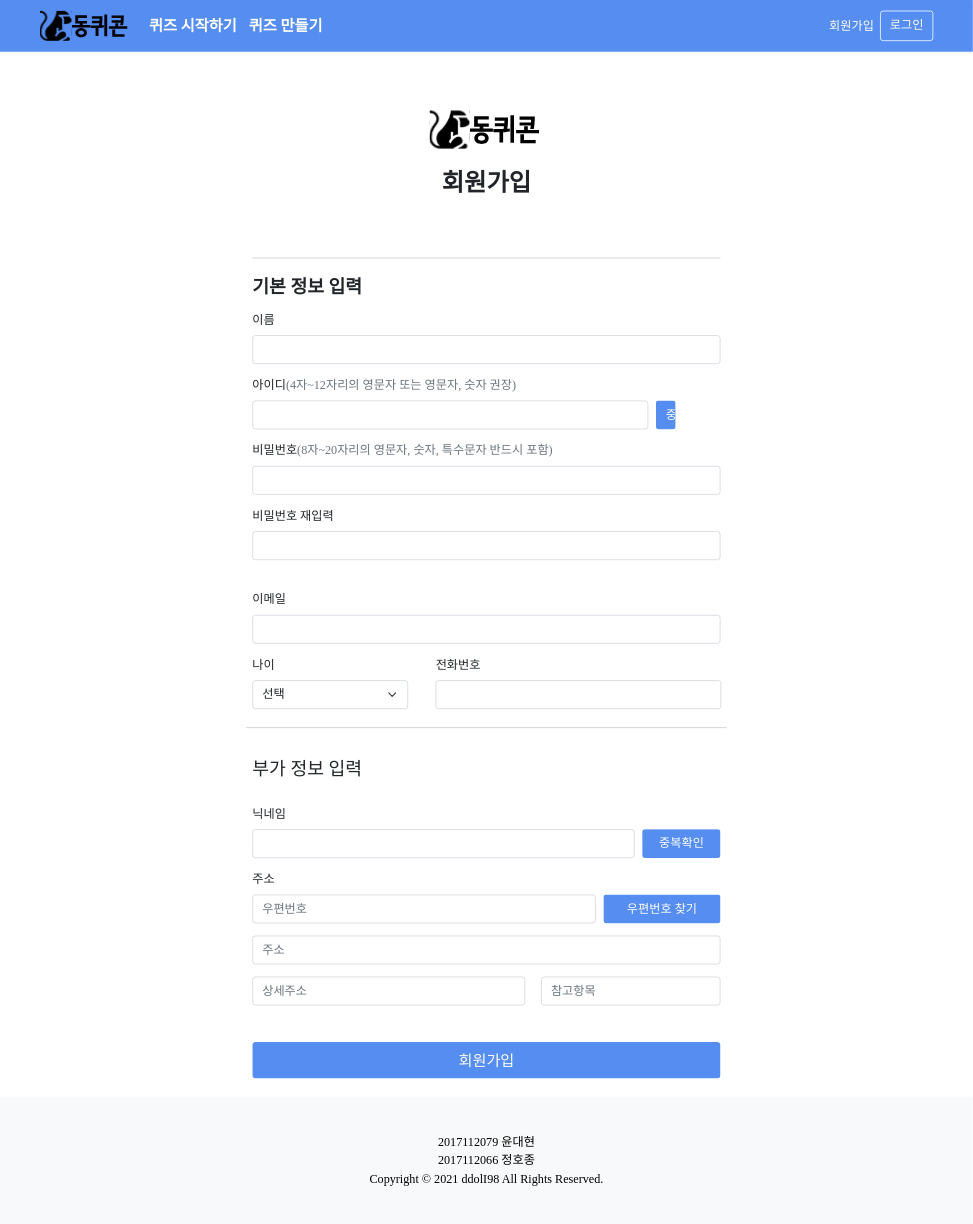
Repository: eogus0512/Quiz_WebProject
Page: http://localhost/Quiz_WebProject/signUp.jsp
The author's editor kept a copy of each file at every save. The page is drawn from the files as they stood at one save, then again after the next save.
The browser window is 1280 px wide. The pictures show the whole page, at 76% of full size.
Some web fonts or font styles are not loaded; a fallback is used. The page is served by Tomcat 9. Other server files are loaded and not shown.

Above is the page before, as saved 2021-10-27 12:55:43.

### Quiz_WebProject/WebContent/signUp.jsp
<%@ page language="java" contentType="text/html;charset=UTF-8" pageEncoding="UTF-8" %>
<!DOCTYPE html>
<html>
<head>
    <meta http-equiv="Content-Type" content="text/html"; charset="UTF-8">
    <meta name="viewport" content="width=device-width, initial-scale=1, shrink-to-fit=no">
    <title>맛동국</title>
    <link rel="stylesheet" href="./css/bootstrap.min.css">
    <link rel="stylesheet" href="./css/custom.css">
    <link rel="icon" href="./image/favicon.png">
    <script type="text/javascript">
        function openCheckID(){
            window.name = "parentForm";
            window.open("checkID.jsp",
                "chkForm", "width=500, height=300, resizable = no, scrollbars = no");
        }
        function openCheckNickName(){
            window.name = "parentForm";
            window.open("checkNickName.jsp",
                "chkForm", "width=500, height=300, resizable = no, scrollbars = no");
        }
        function checkPassword(){

            var password = document.getElementById('password').value;
            var NB = ["0", "1", "2", "3", "4", "5", "6", "7", "8", "9"]
            var SC = ["!","@","#","$","%"];
            var check_SC = 0, check_NB = 0;

            if(password.length < 8 || password.length>20){
                window.alert('비밀번호는 8글자 이상, 20글자 이하만 이용 가능합니다.');
                document.getElementById('pw').value='';
            }
            for(var i=0;i<SC.length;i++){
                if(password.indexOf(SC[i]) != -1){
                    check_SC = 1;
                }
            }
            for(var i=0;i<NB.length;i++){
                if(password.indexOf(NB[i]) != -1){
                    check_NB = 1;
                }
            }
            if(check_SC == 0){
                window.alert('!,@,#,$,% 의 특수문자가 반드시 포함되어야 합니다.')
                document.getElementById('password').value='';
            }
            if(check_NB == 0){
                window.alert('숫자가 반드시 포함되어야 합니다.')
                document.getElementById('password').value='';
            }
            if(document.getElementById('password').value !='' && document.getElementById('passwordVerify').value!=''){
                if(document.getElementById('password').value==document.getElementById('passwordVerify').value){
                    document.getElementById('check').innerHTML='비밀번호가 일치합니다.'
                    document.getElementById('check').style.color='blue';
                }
                else{
                    document.getElementById('check').innerHTML='비밀번호가 일치하지 않습니다.';
                    document.getElementById('check').style.color='red';
                }
            }
        }
        function checkValue() {
            if(document.userInfo.password.value != document.userInfo.passwordVerify.value) {
                alert("비밀번호가 일치하지 않습니다.");
                return false;
            }
            else return true;
        }
    </script>
</head>
<body>
<nav class="navbar navbar-expand-lg navbar-light fixed-top shadow-sm" style="background-color: #558DF0;">
    <div class="container-xxl d-flex align-items-md-center" style="width:1200px">
        <a class="navbar-brand" href="index.jsp"><img src="./img/mainIcon.svg" class="rounded float-start" width="120"></a>
        <button class="navbar-toggler" type="button" data-bs-toggle="collapse" data-bs-target="#navbarSupportedContent" aria-controls="navbarSupportedContent" aria-expanded="false" aria-label="Toggle navigation">
            <span class="navbar-toggler-icon"></span>
        </button>
        <div class="collapse navbar-collapse" id="navbarSupportedContent">
            <ul class="navbar-nav me-auto">
                <li class="nav-item">
                    <a class="nav-link" href="#" style="font-size:15pt; color:white;"><b>퀴즈 시작하기</b></a>
                </li>
                <li class="nav-item">
                    <a class="nav-link" href="#" style="font-size:15pt; color:white;"><b>퀴즈 만들기</b></a>
                </li>
            </ul>
            <%
                String loginID = null;
                String userName = null;
                if(session.getAttribute("loginID") != null) {
                    loginID = (String) session.getAttribute("loginID");
                    userName = (String) session.getAttribute("userName");
                }
                if(loginID == null) {
            %>
            <ul class="navbar-nav">
                <a class="nav-link" aria-current="page" href="signUp.jsp" style="color:white">회원가입</a>
                <a class="btn btn-outline-primary" href="login.jsp" style="border-color: white; color: white">로그인</a>
            </ul>
            <%
            } else {
            %>
            <ul class="navbar-nav d-flex">
                <li class="nav-item dropdown">
                    <a class="nav-link dropdown-toggle" href="#" id="navbarDropdown" role="button" data-bs-toggle="dropdown" aria-expanded="false">
                        <%=userName %> 님
                    </a>
                    <ul class="dropdown-menu" aria-labelledby="navbarDropdown" style="background-color: #FAF1D6;">
                        <li><a class="dropdown-item" href="myPage.jsp">마이페이지</a></li>
                        <li><a class="dropdown-item" href="#">1:1 문의</a></li>
                        <li><hr class="dropdown-divider"></li>
                        <li><a class="dropdown-item" href="logout.jsp">로그아웃</a></li>
                    </ul>
                </li>
            </ul>
            <%
                }
            %>
        </div>
    </div>
</nav>
<br><br><br><br>
<div class="py-5 text-center">
    <img class="d-block mx-auto mb-4" src="./image/mainIcon.svg" alt="" width="150px">
    <h2><b>회원가입</b></h2>
</div>
<div class="container col-md-8 col-lg-6">
    <hr class="my-4">
    <h4 class="mb-3"><b>기본 정보 입력</b></h4>
    <form method="post" action="action/signUpAction.jsp" name="userInfo" onsubmit="return checkValue()">
        <div class="row g-3">
            <div class="col-12">
                <label for="userName" class="form-label">이름</label>
                <input type="text" class="form-control" name="userName" id="userName" placeholder="" value="" required>
            </div>
            <div class="col-12">
                <label for="loginID" class="form-label">아이디<span class="text-muted">(4자~12자리의 영문자 또는 영문자, 숫자 권장)</span></label>
                <div class="col-12 d-flex">
                    <input type="id" class="form-control" name="loginID" id="loginID" placeholder="" style="margin-right: 10px" required>
                    <b><input type="button" class="col-2 btn" onclick="openCheckID()" style="background-color: #558DF0; color:white" value="중복확인"></b>
                </div>
            </div>
            <div class="col-12">
                <label for="password" class="form-label">비밀번호<span class="text-muted">(8자~20자리의 영문자, 숫자, 특수문자 반드시 포함)</span></label>
                <input type="password" class="form-control" name="password" id="password" placeholder="" onchange="checkPassword()" required>
            </div>
            <div class="col-12">
                <label for="passwordVerify" class="form-label">비밀번호 재입력</label>
                <input type="password" class="form-control" name="passwordVerify" id="passwordVerify" placeholder="" onchange="checkPassword()" required>
                &nbsp;<span id="check"></span>
            </div>
            <div class="col-12">
                <label for="mailAddress" class="form-label">이메일</label>
                <input type="email" class="form-control" name="mailAddress" id="mailAddress" placeholder="" required>
            </div>
            <div class="col-12 d-flex">
                <div class="col-4">
                    <label for="userAge" class="form-label">나이</label>
                    <select class="form-select" name="userAge" id="userAge" required>
                        <option>선택</option>
                        <option>14</option>
                        <option>15</option>
                        <option>16</option>
                        <option>17</option>
                        <option>18</option>
                        <option>19</option>
                        <option>20</option>
                        <option>21</option>
                        <option>22</option>
                        <option>23</option>
                        <option>24</option>
                        <option>25</option>
                        <option>26</option>
                        <option>27</option>
                        <option>28</option>
                        <option>29</option>
                        <option>30</option>
                    </select>
                </div>
                <div class="col-7">
                    <label for="phoneNumber" class="form-label"style="margin-left:10%;">전화번호</label>
                    <input type="number" class="form-control" name="phoneNumber" id="phoneNumber" placeholder="" style="margin-left:10%; width:104.5%" required>
                </div>
            </div>
            <hr class="my-4">
            <h4 class="mb-3">부가 정보 입력</h4>
            <div class="col-12">
                <label for="nickName" class="form-label">닉네임</label>
                <div class="col-12 d-flex">
                    <input type="text" class="form-control" name="nickName" id="nickName" placeholder="" style="margin-right: 10px" required>
                    <button class="col-2 btn" style="background-color: #558DF0; color:white;" onclick="openCheckNickName()">중복확인</button>
                </div>
            </div>
            <div class="col-12">
                <label for="postCode" class="form-label">주소</label>
                <div class="col-12 d-flex">
                    <input type="text" class="form-control" name="postCode" id="postCode" placeholder="우편번호" style="margin-right: 10px" required>
                    <button class="col-3 btn" onclick="findPostalCode()" style="background-color: #558DF0; color:white">우편번호 찾기</button>
                </div>
            </div>
            <div class="col-12">
                <input type="text" class="form-control" name="address" id="address" placeholder="주소" required>
            </div>
            <div class="col-12 d-flex">
                <div class="col-7">
                    <input type="text" class="form-control" name="detailAddress" id="detailAddress" placeholder="상세주소" required>
                </div>
                <div class="col-4">
                    <input type="text" class="form-control" name="extraAddress" id="extraAddress" placeholder="참고항목" style="margin-left:10%; width:115%">
                </div>
            </div>
            <div id="wrap" style="display:none;border:5px solid #558DF0;width:500px;height:300px;position:relative;overflow-y:hidden">
                <button type="button" class="btn-close" id="btnFoldWrap" aria-label="Close" style="cursor:pointer;position:absolute;right:0px;top:-1px;z-index:1" onclick="foldPostcode()"></button>
            </div>
            <script src="//t1.daumcdn.net/mapjsapi/bundle/postcode/prod/postcode.v2.js"></script>
            <script>
                var element_wrap = document.getElementById('wrap');

                function foldPostcode() {
                    element_wrap.style.display = 'none';
                }

                function findPostalCode() {
                    var currentScroll = Math.max(document.body.scrollTop, document.documentElement.scrollTop);
                    new daum.Postcode({
                        oncomplete: function(data) {
                            var addr = '';
                            var extraAddr = '';

                            if (data.userSelectedType === 'R') {
                                addr = data.roadAddress;
                            } else {
                                addr = data.jibunAddress;
                            }

                            if(data.userSelectedType === 'R'){
                                if(data.bname !== '' && /[동|로|가]$/g.test(data.bname)){
                                    extraAddr += data.bname;
                                }
                                if(data.buildingName !== '' && data.apartment === 'Y'){
                                    extraAddr += (extraAddr !== '' ? ', ' + data.buildingName : data.buildingName);
                                }
                                if(extraAddr !== ''){
                                    extraAddr = ' (' + extraAddr + ')';
                                }
                                document.getElementById("extraAddress").value = extraAddr;

                            } else {
                                document.getElementById("extraAddress").value = '';
                            }

                            document.getElementById('postCode').value = data.zonecode;
                            document.getElementById("address").value = addr;
                            document.getElementById("detailAddress").focus();

                            element_wrap.style.display = 'none';
                            document.body.scrollTop = currentScroll;
                        },
                        onresize : function(size) {
                            element_wrap.style.height = size.height+'px';
                        },
                        width : '100%',
                        height : '110%'
                    }).embed(element_wrap);
                    element_wrap.style.display = 'block';
                }
            </script>
        </div><br><br>
        <button class="w-100 btn btn-lg btn" type="submit" style="background-color: #558DF0; color:white">회원가입</button>
    </form>
</div>


<footer class="bg-light mt-4 p-5 text-center" style="color: #000000;">
    2017112079 윤대현<br>2017112066 정호종<br>
    Copyright &copy; 2021 ddolI98 All Rights Reserved.
</footer>
<script src="./js/jquery.min.js"></script>
<script src="./js/popper.js"></script>
<script src="./js/bootstrap.min.js"></script>
</body>
</html>

### Quiz_WebProject/WebContent/css/custom.css
@import url(https://fonts.googleapis.com/earlyaccess/nanumgothic.css);
.navbar-brand, h1, h2, h3, h4 {
    font-family: 'Nanum Gothic';
}
h5 {
    font-family: 'Nanum Gothic';
    font-size: 18px;
}
body {
    font-family: 'Nanum Gothic';
}

### Quiz_WebProject/WebContent/img/mainIcon.svg
<svg width="566" height="200" viewBox="0 0 566 200" fill="none" xmlns="http://www.w3.org/2000/svg" xmlns:xlink="http://www.w3.org/1999/xlink">
<path d="M295.023 86.0469H267.883V94.625H315.273V110.656H201.508V94.625H249.742V86.0469H222.039V34.1562H294.883V50.3281H240.18V69.875H295.023V86.0469ZM276.18 142.719C276.18 139.062 274.492 136.016 271.117 133.578C267.742 131.141 263.57 129.922 258.602 129.922C253.539 129.922 249.32 131.141 245.945 133.578C242.664 136.016 241.023 139.062 241.023 142.719C241.023 146.375 242.664 149.422 245.945 151.859C249.32 154.297 253.539 155.516 258.602 155.516C263.57 155.516 267.742 154.297 271.117 151.859C274.492 149.422 276.18 146.375 276.18 142.719ZM294.32 142.719C294.32 146.656 293.43 150.406 291.648 153.969C289.867 157.625 287.336 160.812 284.055 163.531C280.773 166.062 276.93 168.031 272.523 169.438C268.117 170.938 263.477 171.688 258.602 171.688C253.633 171.688 248.945 170.938 244.539 169.438C240.133 168.031 236.289 166.062 233.008 163.531C229.82 160.812 227.336 157.625 225.555 153.969C223.773 150.406 222.883 146.656 222.883 142.719C222.883 138.781 223.773 135.031 225.555 131.469C227.336 127.906 229.82 124.812 233.008 122.188C236.289 119.562 240.133 117.547 244.539 116.141C248.945 114.641 253.633 113.891 258.602 113.891C263.477 113.891 268.117 114.641 272.523 116.141C276.93 117.547 280.773 119.562 284.055 122.188C287.336 124.812 289.867 127.906 291.648 131.469C293.43 135.031 294.32 138.781 294.32 142.719ZM324.977 68.3281H371.945C372.227 64.0156 372.367 59.9844 372.367 56.2344H324.977V40.0625H390.508C390.508 54.4062 390.086 66.5 389.242 76.3438C388.68 83.375 387.742 90.0781 386.43 96.4531C390.555 95.9844 394.773 95.375 399.086 94.625V110.094C390.555 111.594 382.352 112.484 374.477 112.766C371.57 112.859 368.758 112.953 366.039 113.047V163.812H347.898V113.188H317.664V97.7188H353.805C357.273 97.7188 362.008 97.6719 368.008 97.5781C368.852 92.9844 369.602 88.3438 370.258 83.6562H324.977V68.3281ZM402.32 165.922V28.9531H420.039V165.922H402.32ZM447.742 64.25H504.555C505.023 56.375 505.258 51.8281 505.258 50.6094H447.742V34.4375H523.398C523.398 44.8438 522.977 55.6719 522.133 66.9219C521.289 78.1719 520.117 88.1562 518.617 96.875H500.617C501.648 91.1562 502.492 85.4844 503.148 79.8594H447.742V64.25ZM430.586 101.797H470.383V83.6562H488.664V101.797H544.352V117.688H430.586V101.797ZM527.758 168.312H451.539V123.453H469.68V152.281H527.758V168.312Z" fill="black"/>
<rect width="200" height="200" fill="url(#pattern0)"/>
<defs>
<pattern id="pattern0" patternContentUnits="objectBoundingBox" width="1" height="1">
<use xlink:href="#image0_306:2" transform="scale(0.00195312)"/>
</pattern>
<image id="image0_306:2" width="512" height="512" xlink:href="data:[embedded picture, 21418 characters]"/>
</defs>
</svg>

Loaded but not shown: Quiz_WebProject/WebContent/css/bootstrap.min.css (library); Quiz_WebProject/WebContent/js/jquery.min.js (library); Quiz_WebProject/WebContent/js/popper.js (library); Quiz_WebProject/WebContent/js/bootstrap.min.js (library)

After the next save:
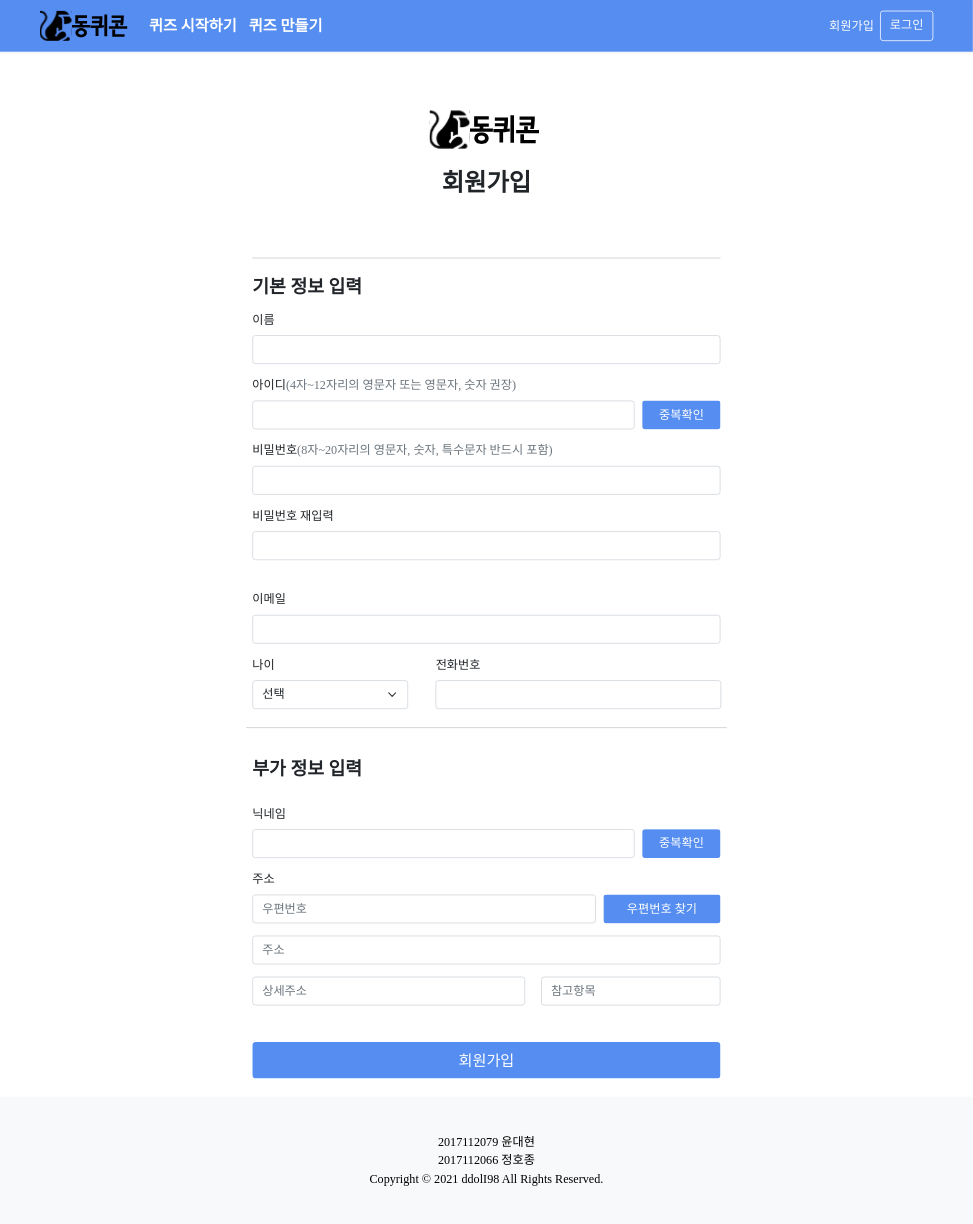
Saved 21 s later.
--- a/Quiz_WebProject/WebContent/signUp.jsp
+++ b/Quiz_WebProject/WebContent/signUp.jsp
@@ -137,7 +137,7 @@
                 <label for="loginID" class="form-label">아이디<span class="text-muted">(4자~12자리의 영문자 또는 영문자, 숫자 권장)</span></label>
                 <div class="col-12 d-flex">
                     <input type="id" class="form-control" name="loginID" id="loginID" placeholder="" style="margin-right: 10px" required>
-                    <b><input type="button" class="col-2 btn" onclick="openCheckID()" style="background-color: #558DF0; color:white" value="중복확인"></b>
+                    <input type="button" class="col-2 btn" onclick="openCheckID()" style="background-color: #558DF0; color:white" value="중복확인">
                 </div>
             </div>
             <div class="col-12">
@@ -183,7 +183,7 @@
                 </div>
             </div>
             <hr class="my-4">
-            <h4 class="mb-3">부가 정보 입력</h4>
+            <h4 class="mb-3"><b>부가 정보 입력</b></h4>
             <div class="col-12">
                 <label for="nickName" class="form-label">닉네임</label>
                 <div class="col-12 d-flex">
